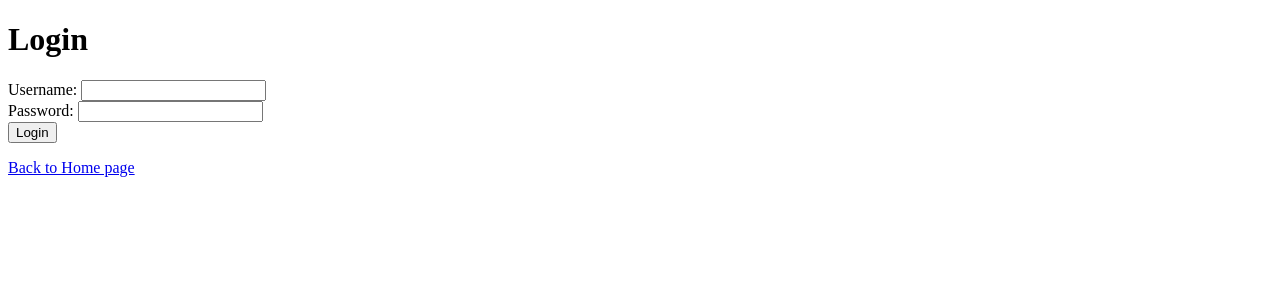
Repository: Ananyashettyy/CoreJavaRepo
Page: http://localhost/Login-Register/login.jsp
The author's editor kept a copy of each file at every save. The page is drawn from the files as they stood at one save, then again after the next save.
The browser window is 1280 px wide. The pictures show the whole page.
The page is served by Tomcat 10. Other server files are loaded and not shown.

Above is the page before, as saved 2025-03-11 07:29:16.

### eclipse-workspace/Login-Register/src/main/webapp/login.jsp
<%@ page language="java" contentType="text/html; charset=UTF-8"
    pageEncoding="UTF-8"%>
<!DOCTYPE html>
<html>
<head>
<meta charset="UTF-8">
<title>Login</title>
<link rel="stylesheet" type="text/css" href="style.css">
</head>
<body>
    <div class="container">
        <h1>Login</h1>
        <form action="LoginServlet" method="post">
            <label for="username">Username:</label>
            <input type="text" id="username" name="username" required><br>
            <label for="password">Password:</label>
            <input type="password" id="password" name="password" required><br>
            <button type="submit">Login</button>
        </form>
        <p><a href="index.html">Back to Home page</a></p>
    </div>
</body>
</html>

Loaded but not shown: eclipse-workspace/Login-Register/src/main/webapp/style.css (common file)

After the next save:
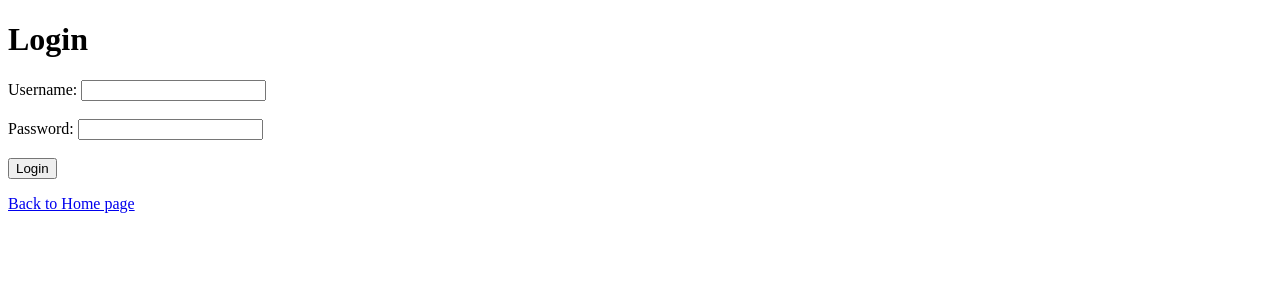
Saved 14 s later.
--- a/eclipse-workspace/Login-Register/src/main/webapp/login.jsp
+++ b/eclipse-workspace/Login-Register/src/main/webapp/login.jsp
@@ -12,9 +12,9 @@
         <h1>Login</h1>
         <form action="LoginServlet" method="post">
             <label for="username">Username:</label>
-            <input type="text" id="username" name="username" required><br>
+            <input type="text" id="username" name="username" required><br><br>
             <label for="password">Password:</label>
-            <input type="password" id="password" name="password" required><br>
+            <input type="password" id="password" name="password" required><br><br>
             <button type="submit">Login</button>
         </form>
         <p><a href="index.html">Back to Home page</a></p>
